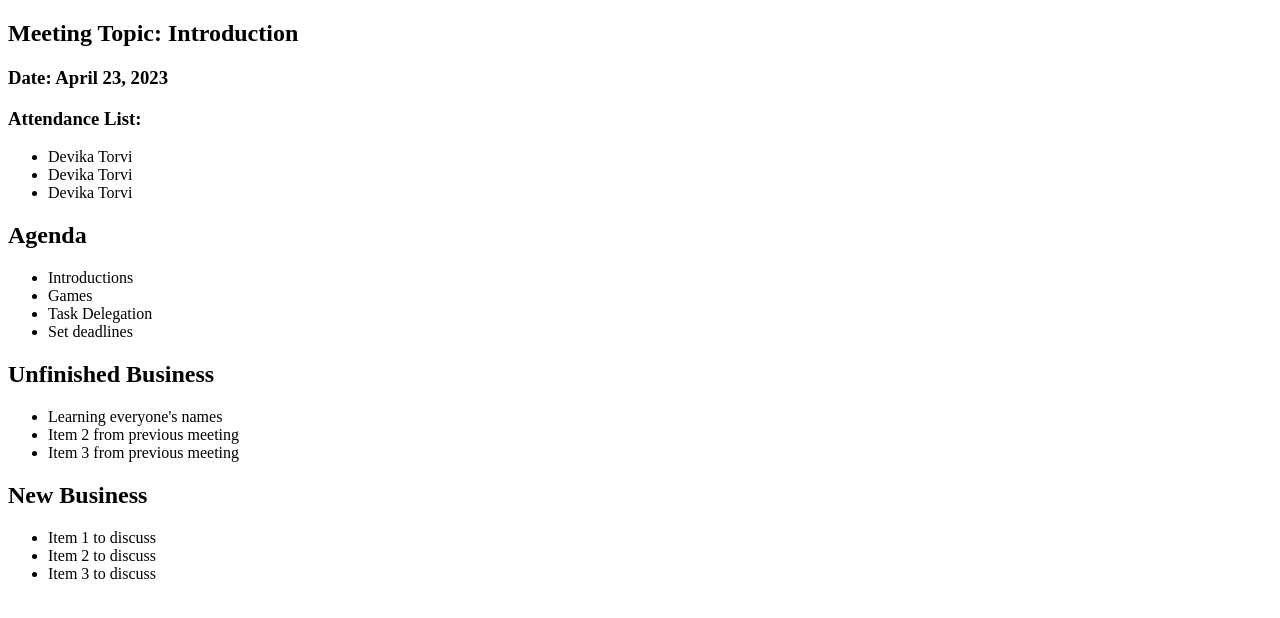
Repository: dtorvi/sp23-cse110-lab3
Page: index.html
These files come from the project's save history. The page is drawn as it stood at one moment and after the next save; the edit follows.
The browser window is 1280 px wide. The pictures show the whole page.

Above is the page before, as saved 2023-04-23 13:41:46.

### index.html
<!DOCTYPE html>
<html lang="en">
  <head>
    <title>CSE 110 Lab 2</title>
  </head>
  <body>
    <section>
        <h2>Meeting Topic: Introduction</h2>
        <h3>Date: April 23, 2023</h3>
        <h3>Attendance List:</h3>
        <ul>
          <li>Devika Torvi</li>
          <li>Devika Torvi</li>
          <li>Devika Torvi</li>
        </ul>
        <h2>Agenda</h2>
        <ul>
            <li>Introductions</li>
            <li>Games</li>
            <li>Task Delegation</li>
            <li>Set deadlines</li>
        </ul>
        <h2>Unfinished Business</h2>
        <ul>
            <li>Learning everyone's names</li>
            <li>Item 2 from previous meeting</li>
            <li>Item 3 from previous meeting</li>
        </ul>

        <!-- New Business section -->
        <h2>New Business</h2>
        <ul>
            <li>Item 1 to discuss</li>
            <li>Item 2 to discuss</li>
            <li>Item 3 to discuss</li>
        </ul>
    </section>
  </body>
</html>

After the next save:
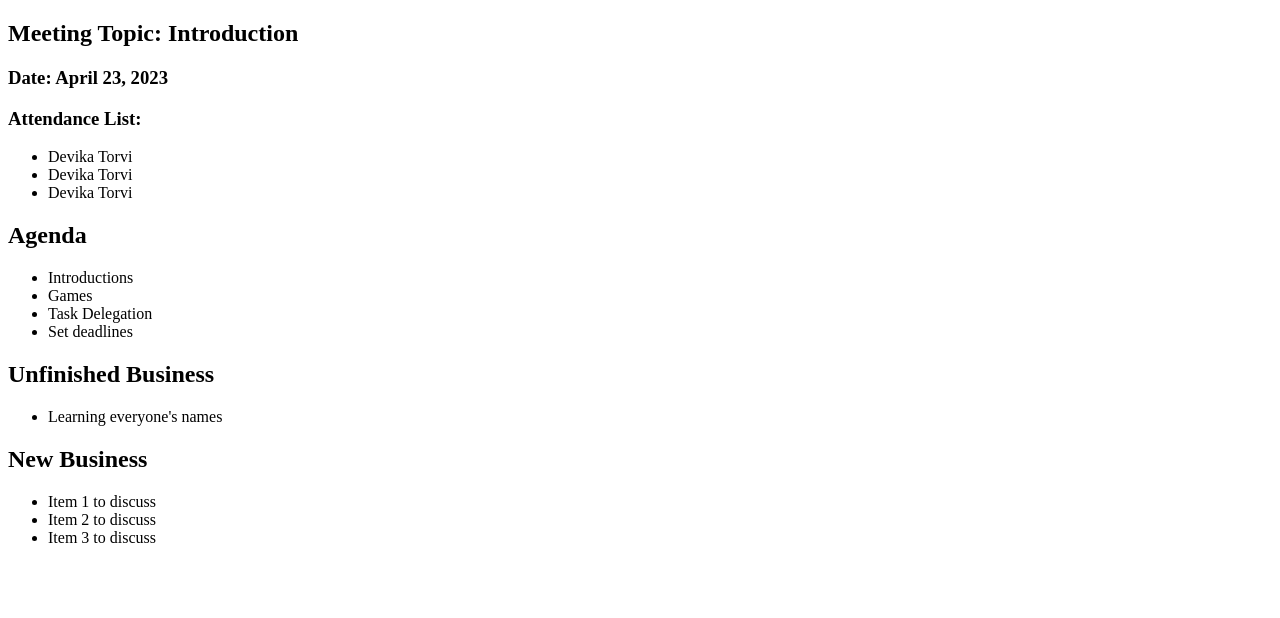
Saved 33 s later.
--- a/index.html
+++ b/index.html
@@ -23,8 +23,6 @@
         <h2>Unfinished Business</h2>
         <ul>
             <li>Learning everyone's names</li>
-            <li>Item 2 from previous meeting</li>
-            <li>Item 3 from previous meeting</li>
         </ul>
 
         <!-- New Business section -->
